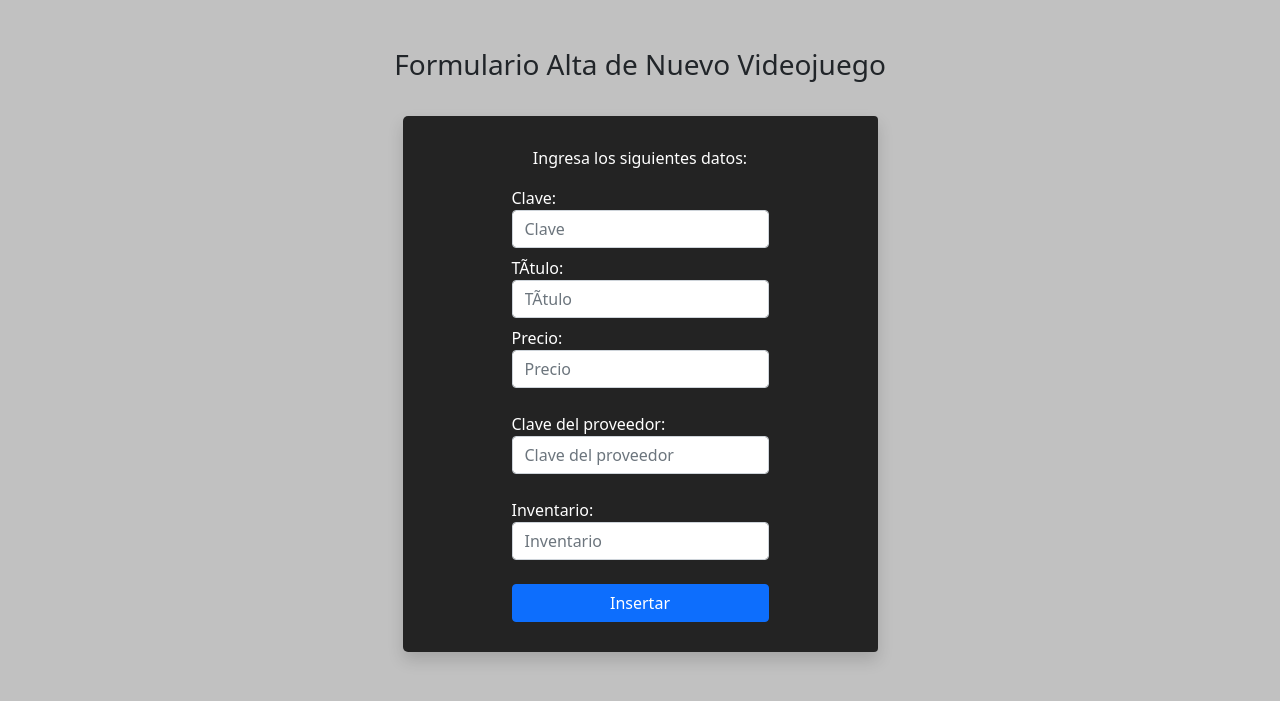
Repository: Jatziri16/JavaEE
Page: http://localhost/TiendaVideojuegos/FormularioInsertarVideojuego.jsp
The author's editor kept a copy of each file at every save. The page is drawn from the files as they stood at one save, then again after the next save.
The browser window is 1280 px wide. The pictures show the whole page.
The page is served by Tomcat 9.

Above is the page before, as saved 2023-12-06 17:08:42.

After the next save:
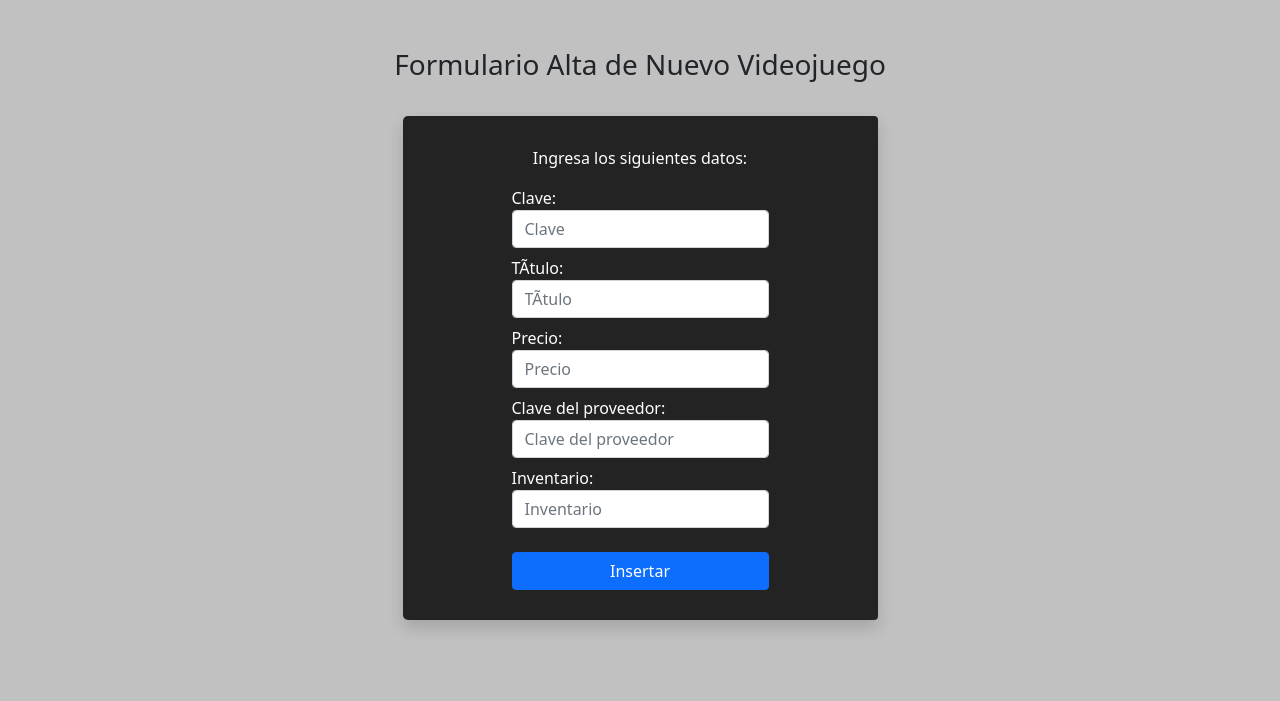
Saved 108 s later.
--- a/TiendaVideojuegos/src/main/webapp/FormularioInsertarVideojuego.jsp
+++ b/TiendaVideojuegos/src/main/webapp/FormularioInsertarVideojuego.jsp
@@ -25,10 +25,10 @@
 								<input class="form-control mb-2" type="text" placeholder="Título" name="titulo" id="titulo">
 
 								<label for="precio">Precio:</label>
-								<input class="form-control mb-4" type="text" placeholder="Precio" name="precio" id="precio">
+								<input class="form-control mb-2" type="text" placeholder="Precio" name="precio" id="precio">
 
 								<label for="cveprov">Clave del proveedor:</label>
-								<input class="form-control mb-4" type="text" placeholder="Clave del proveedor" name="cveprov" id="cveprov">
+								<input class="form-control mb-2" type="text" placeholder="Clave del proveedor" name="cveprov" id="cveprov">
 
 								<label for="inventario">Inventario:</label>
 								<input class="form-control mb-4" type="text" placeholder="Inventario" name="inventario" id="inventario">
